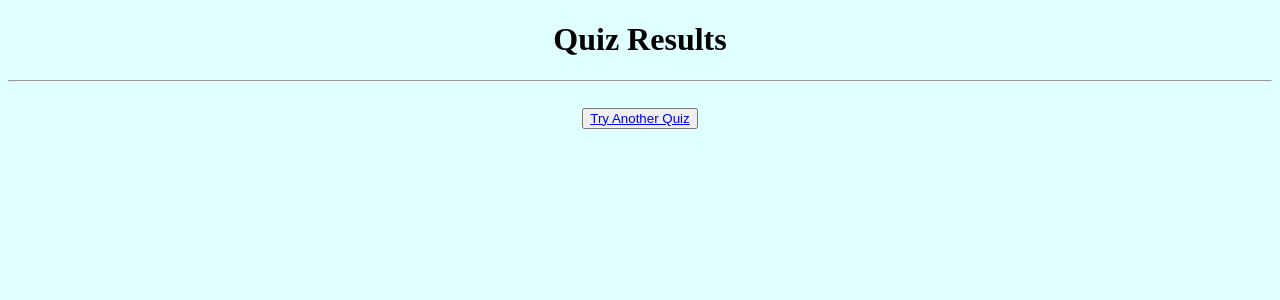
Repository: Rohitsenpai01/Quiz-Manangement-System
Page: http://localhost/WebQuizApp/submitquiz.jsp
These files come from the project's save history. The page is drawn as it stood at one moment and after the next save; the edit follows.
The browser window is 1280 px wide. The pictures show the whole page.
The page is served by Tomcat 9. Queries for data that is not in the repository find no rows.

Above is the page before, as saved 2025-12-31 16:54:35.

After the next save:
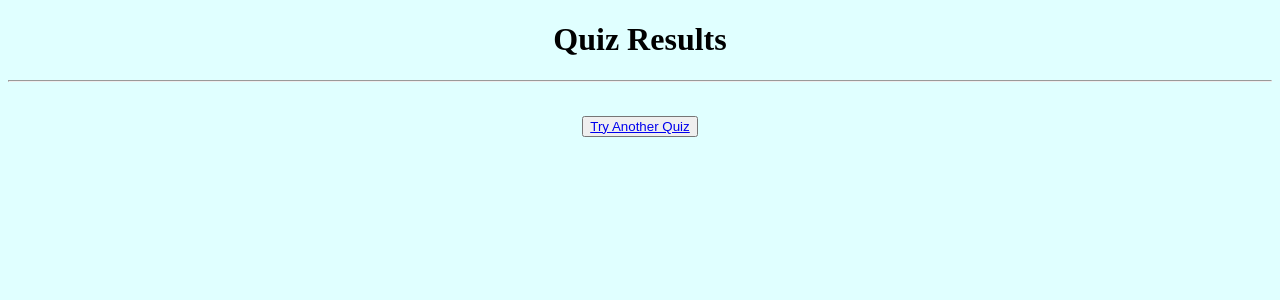
Saved 3 min 24 s later.
--- a/WebQuizApp/WebQuizApp/src/main/webapp/submitquiz.jsp
+++ b/WebQuizApp/WebQuizApp/src/main/webapp/submitquiz.jsp
@@ -30,6 +30,7 @@
             request.setAttribute("finalScore", score);
             request.setAttribute("totalQuestions", total);
         %>
+        <p>${score}</p>
 		<jsp:useBean id="sa" class="com.app.beans.AttemptQuizBean"/>
 		<jsp:setProperty  name="sa" property="quiz_id" value="${param.quiz_id}"/>
 		<jsp:setProperty  name="sa" property="student_id" value="${lp.user.id}"/>
